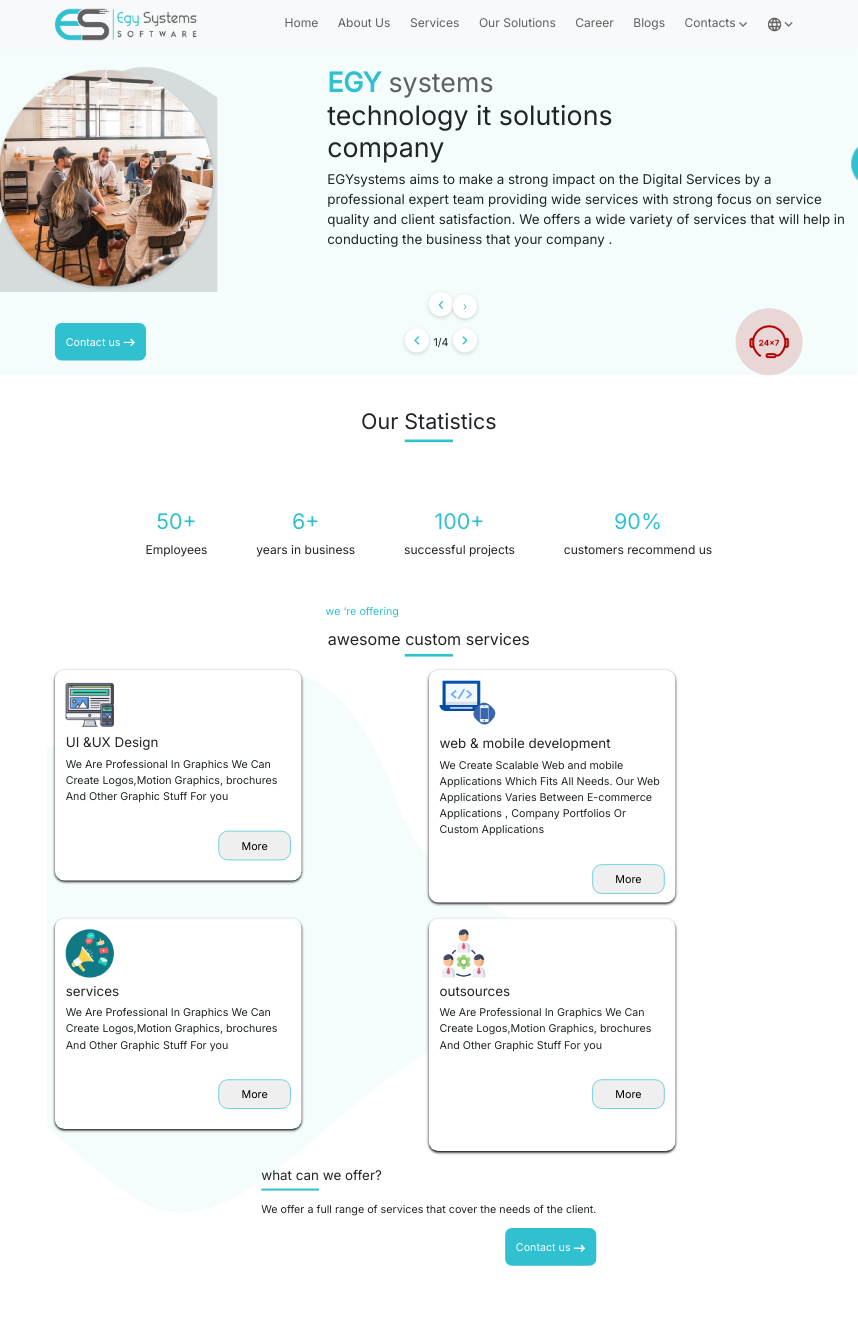
Repository: hamdyAbdelazeim/Egysystem-Home
Page: index.html
These files come from the project's save history. The page is drawn as it stood at one moment and after a run of saves; the edit follows.
The browser window is 1280 px wide. The pictures show the whole page, at 67% of full size.

Above is the page before, as saved 2023-07-13 17:30:09.

### index.html
<!DOCTYPE html>
<html lang="en">
  <head>
    <meta charset="UTF-8" />
    <meta name="viewport" content="width=device-width, initial-scale=1.0" />
    <title>Egy Systems</title>
    <!-- google fonts  -->
    <link rel="preconnect" href="https://fonts.googleapis.com" />
    <link rel="preconnect" href="https://fonts.gstatic.com" crossorigin />
    <link
      href="https://fonts.googleapis.com/css2?family=Inter&display=swap"
      rel="stylesheet"
    />
    <!-- bootstrap -->
    <link rel="stylesheet" href="/css/bootstrap.min.css" />
    <!-- owl css files  -->
    <link rel="stylesheet" href="/css/owl.carousel.min.css" />
    <link rel="stylesheet" href="/css/owl.theme.default.min.css" />
    <!-- css file  -->
    <link rel="stylesheet" href="/css/style.css" />
    <!-- Responsive file  -->
    <link rel="stylesheet" href="/css/responsive.css" />
  </head>
  <body>
    <!-- starting  Navbar  -->
    <nav class="navbar-cust navbar navbar-expand-lg bg-light fixed-top">
      <div class="container">
        <a href="#" class="navbar-brand"
          ><img src="/assets/logo 1.png" class="logo-img" alt="logo "
        /></a>

        <button
          class="navbar-toggler"
          type="button"
          data-bs-toggle="collapse"
          data-bs-target="#navmenu"
          style="border: none; box-shadow: none"
        >
          <span class="navbar-toggler-icon"
            ><img
              width="45"
              style="padding: 0.5rem"
              src="https://upload.wikimedia.org/wikipedia/commons/thumb/b/b2/Hamburger_icon.svg/120px-Hamburger_icon.svg.png"
              alt=""
          /></span>
        </button>

        <div class="collapse navbar-collapse" id="navmenu">
          <ul class="navbar-nav cust-ul">
            <li class="nav-item">
              <a href="#Home" class="nav-link cust-link">Home</a>
            </li>
            <li class="nav-item">
              <a href="#About" class="nav-link cust-link">About Us</a>
            </li>
            <li class="nav-item">
              <a href="#Services" class="nav-link cust-link">Services</a>
            </li>
            <li class="nav-item">
              <a href="#Solutions" class="nav-link cust-link">Our Solutions </a>
            </li>
            <li class="nav-item">
              <a href="#Career" class="nav-link cust-link">Career</a>
            </li>
            <li class="nav-item">
              <a href="#Blogs" class="nav-link cust-link">Blogs</a>
            </li>
            <li class="nav-item">
              <a href="" class="nav-link cust-link"
                >Contacts <img src="/assets/Vector.png" alt="vector"
              /></a>
            </li>
            <li class="nav-item">
              <a href="" class="nav-link language-icon"
                ><img src="/assets/language.png" alt="language" />
                <img src="/assets/Vector.png" alt=""
              /></a>
            </li>
          </ul>
        </div>
      </div>
    </nav>
    <!-- Ending Navbar  -->
    <!-- Home section  -->
    <div class="Home" id="Home">
      <div class="owl-carousel">
        <div
          class="container Home-up d-flex justify-content-center align-items-center"
        >
          <div class="Home-left">
            <h1>
              <strong class="Egy">EGY</strong>
              <span class="system">systems</span> <br />technology it
              solutions<br />
              company
            </h1>
            <p>
              EGYsystems aims to make a strong impact on the Digital Services by
              a professional expert team providing wide services with strong
              focus on service quality and client satisfaction. We offers a wide
              variety of services that will help in conducting the business that
              your company .
            </p>
          </div>
          <div class="Home-img">
            <img src="/assets/Ellipse 34.png" alt="" />
          </div>
        </div>
        <div
          class="container Home-up d-flex justify-content-center align-items-center"
        >
          <div class="Home-left">
            <h1>
              <strong class="Egy">EGY</strong>
              <span class="system">systems</span> <br />technology it
              solutions<br />
              company
            </h1>
            <p>
              EGYsystems aims to make a strong impact on the Digital Services by
              a professional expert team providing wide services with strong
              focus on service quality and client satisfaction. We offers a wide
              variety of services that will help in conducting the business that
              your company .
            </p>
          </div>
          <div class="Home-img">
            <img src="/assets/logo 1.png" alt="" />
          </div>
        </div>
        <div
          class="container Home-up d-flex justify-content-center align-items-center"
        >
          <div class="Home-left">
            <h1>
              <strong class="Egy">EGY</strong>
              <span class="system">systems</span> <br />technology it
              solutions<br />
              company
            </h1>
            <p>
              EGYsystems aims to make a strong impact on the Digital Services by
              a professional expert team providing wide services with strong
              focus on service quality and client satisfaction. We offers a wide
              variety of services that will help in conducting the business that
              your company .
            </p>
          </div>
          <div class="Home-img">
            <img src="/assets/service-item-2.png" alt="" />
          </div>
        </div>
      </div>

      <div class="container d-flex justify-content-between align-items-center">
        <button class="contactUs-btn">
          Contact us <img src="/assets/Vector (right).png" alt="" />
        </button>
        <div>
          <div class="d-flex align-items-center">
            <div>
              <img src="/assets/slider-left.png" alt="" />
            </div>
            <span>1/4</span>
            <div>
              <img src="/assets/slider-right.png" alt="" />
            </div>
          </div>
        </div>
        <img src="/assets//chat.png" alt="chat" />
      </div>
    </div>
    <!-- Ending Home  section  -->
    <!-- our statistics Section  -->
    <section class="our-statistics container w-100">
      <div class="statistics-up text-center">
        <h2>Our Statistics</h2>
        <p></p>
      </div>
      <div
        class="statistics-down d-flex align-items-center justify-content-between"
      >
        <div class="text-center">
          <h4>50+</h4>
          <p>Employees</p>
        </div>
        <div class="text-center">
          <h4>6+</h4>
          <p>years in business</p>
        </div>
        <div class="text-center">
          <h4>100+</h4>
          <p>successful projects</p>
        </div>
        <div class="text-center">
          <h4>90%</h4>
          <p>customers recommend us</p>
        </div>
      </div>
    </section>
    <!-- Ending our statistics  -->
    <!--  services   -->

    <!--  Ending services   -->
    <section class="services" id="services">
      <div class="service-up container">
        <p class="p-up">we ‘re offering</p>
        <h4 class="text-center">awesome custom services</h4>
        <p class="border-cust"></p>
      </div>
      <div class="service-down container d-flex align-items-center">
        <div class="service-down-left">
          <div class="service-item">
            <img src="/assets/service-item-1.png" alt="service-item-1" />
            <h5 class="mt-2">UI &UX Design</h5>
            <p>
              We Are Professional In Graphics We Can Create Logos,Motion
              Graphics, brochures And Other Graphic Stuff For you
            </p>
            <button>More</button>
          </div>
          <div class="service-item service-item-cust">
            <img src="/assets/service-item-2.png" alt="service-item-1" />
            <h5 class="mt-2">web & mobile development</h5>
            <p>
              We Create Scalable Web and mobile Applications Which Fits All
              Needs. Our Web Applications Varies Between E-commerce Applications
              , Company Portfolios Or Custom Applications
            </p>
            <button>More</button>
          </div>
          <div class="service-item">
            <img src="/assets/service-item-3.png" alt="service-item-1" />
            <h5 class="mt-2">services</h5>
            <p>
              We Are Professional In Graphics We Can Create Logos,Motion
              Graphics, brochures And Other Graphic Stuff For you
            </p>
            <button>More</button>
          </div>
          <div class="service-item service-item-cust">
            <img src="/assets/service-item-4.png" alt="service-item-1" />
            <h5 class="mt-2">outsources</h5>
            <p>
              We Are Professional In Graphics We Can Create Logos,Motion
              Graphics, brochures And Other Graphic Stuff For you
            </p>
            <button>More</button>
          </div>
        </div>
        <div class="service-down-right">
          <h5>what can we offer?</h5>
          <p class="border-p"></p>
          <p>
            We offer a full range of services that cover the needs of the
            client.
          </p>
          <button class="contactUs-btn float-end">
            Contact us <img src="/assets/Vector (right).png" alt="" />
          </button>
        </div>
      </div>
    </section>

    <!-- jquery cdn  -->
    <script
      src="https://cdnjs.cloudflare.com/ajax/libs/jquery/3.7.0/jquery.min.js"
      integrity="sha512-3gJwYpMe3QewGELv8k/BX9vcqhryRdzRMxVfq6ngyWXwo03GFEzjsUm8Q7RZcHPHksttq7/GFoxjCVUjkjvPdw=="
      crossorigin="anonymous"
      referrerpolicy="no-referrer"
    ></script>
    <!-- owl js file  -->
    <script src="/js/owl.carousel.min.js"></script>
    <!-- bootstrap js file  -->
    <script src="/js/bootstrap.bundle.min.js"></script>
    <script src="/js/project.js"></script>
  </body>
</html>

### css/style.css
/* setting my css roots  */

body {
  font-family: 'Inter', sans-serif;
}

:root {
  --primary: #30c0d0;
  --secondary: #606060;
  --third-party: #131313;
}

/* navbar  */
.cust-ul {
  width: 100%;
  justify-content: space-around;
  margin-left: 100px;
}

.cust-link {
  font-size: 18px;
  font-weight: 500;
  line-height: 22px;
  letter-spacing: 0em;
  text-align: left;
  color: var(--secondary);
  padding-bottom: 0.5rem;
}
.cust-link :hover {
  color: var(--primary) !important;
}
.nav-link:focus,
.nav-link:hover {
  color: var(--primary) !important;
  border-bottom: 2px solid var(--primary) !important;
  font-size: 20px;
}

.cust-link:active {
  color: var(--primary) !important;
  color: var(--primary) !important;
  border-bottom: 2px solid var(--primary) !important;
  font-size: 20px;
}

.language-icon {
  border-bottom: none !important;
  font-size: 12px !important;
}
/* Ending Navbar  */

/* Home Section  */
.Home {
  padding-top: 100px;
  background-color: #f4fcfc;
  /* background-image: url('/assets/Ellipse\ 36.png');
  background-repeat: no-repeat; */
}
.Home-img {
  width: 100%;
  background-image: url('/assets/Ellipse\ 36.png');
  background-repeat: no-repeat;
}
.Egy {
  color: var(--primary);
}
.system {
  color: var(--secondary);
}
.Home-left p {
  font-size: 20px;
}
.contactUs-btn {
  background-color: var(--primary);
  color: white;
  border: none;
  padding: 16px;
  border-radius: 10px;
  -webkit-border-radius: 10px;
  -moz-border-radius: 10px;
  -ms-border-radius: 10px;
  -o-border-radius: 10px;
}

/* Ending Home Section  */

/* our statistics Section  */

.our-statistics {
  width: 100%;
}
.statistics-up,
.statistics-down {
  padding-top: 50px;
  padding-bottom: 50px;
  width: 846px;
  margin: auto;
}
.statistics-up p {
  width: 72px;
  margin: auto;
  border-bottom: 4px solid var(--primary);
}
.statistics-down h4 {
  color: var(--primary);
  font-size: 32px;
}
.statistics-down p {
  font-size: 18px;
}

/* services */
.services {
  width: 100%;
}
.services .service-up {
  width: 332px;
  margin: auto;
  padding-bottom: 20px;
}
.services .service-up .p-up {
  text-align: start;
  font-size: 16px;
  color: var(--primary);
}

.services.service-up h4 {
  color: var(--third-party);
  font-size: 32px;
}
.services .service-up .border-cust {
  width: 72px;
  margin: auto;
  border-bottom: 4px solid var(--primary);
}

.service-down {
  background-image: url('/assets/Ellipse\ 53.png');
  background-repeat: no-repeat;
  margin-bottom: 100px;
}
.service-down .service-down-left {
  width: 65%;
  display: grid;
  grid-template-columns: auto auto;
}
.service-down .service-down-left .service-item {
  width: 368px;
  height: 314px;
  background-color: #ffffff;
  box-shadow: 0px 2px 4px 0px #000000;
  border-radius: 14px;
  -webkit-border-radius: 14px;
  -moz-border-radius: 14px;
  -ms-border-radius: 14px;
  -o-border-radius: 14px;
  padding: 1rem;
  margin-bottom: 1.5rem;
}
.service-down .service-down-left .service-item:hover {
  background-color: var(--primary);
  transition-duration: 0.3s;
  transition-timing-function: ease-in-out;
}
.service-down .service-down-left .service-item button {
  width: 108px;
  height: 44px;
  border: 1px solid var(--primary);
  padding: 0px, 16px, 0px, 16px;
  gap: 8px;
  border-radius: 14px;
  -webkit-border-radius: 14px;
  -moz-border-radius: 14px;
  -ms-border-radius: 14px;
  -o-border-radius: 14px;
  float: right;
  margin-top: 1.5rem;
}
.service-down .service-down-left .service-item button:hover {
  background-color: var(--secondary);
  border: 1px solid var(--third-party);
  transition-duration: 0.3s;
  transition-timing-function: ease-in-out;
  color: var(--primary);
}

.service-item-cust {
  height: 347px !important;
  margin-bottom: 1.5rem !important;
}

.border-p {
  width: 86px;
  border-bottom: 3px solid var(--primary);
}
.owl-nav {
  position: absolute;
  left: 50%;
}
.owl-prev {
  width: 36px !important;
  height: 36px !important;
  background-color: #ffffff !important;
  color: var(--primary) !important;
  box-shadow: 0px 2px 7px 0px #0000002b !important;
  border-radius: 50%;
  -webkit-border-radius: 50%;
  -moz-border-radius: 50%;
  -ms-border-radius: 50%;
  -o-border-radius: 50%;
}
.owl-prev span {
  font-size: 25px;
}
.owl-next {
  width: 36px !important;
  height: 36px !important;
  background-color: #ffffff !important;
  color: var(--primary) !important;
  box-shadow: 0px 2px 7px 0px #0000002b !important;
  border-radius: 50%;
  -webkit-border-radius: 50%;
  -moz-border-radius: 50%;
  -ms-border-radius: 50%;
  -o-border-radius: 50%;
}

### css/responsive.css
@media only screen and (max-width: 1400px) {
  .service-down {
    flex-direction: column;
  }
  .service-down-left {
    width: 100% !important;
  }
}
@media only screen and (max-width: 1025px) {
  .cust-link {
    font-size: 15px !important;
  }
}
@media only screen and (max-width: 1000px) {
  /* navbar */
  .cust-ul {
    margin-left: 0;
  }
  .cust-link {
    font-size: 18px;
  }
  /* HOME section  */
  .Home-up {
    flex-wrap: wrap;
  }

  .Home-up img {
    width: 90%;
  }
  /* Our Statistics */
  .statistics-up,
  .statistics-down {
    width: 100%;
  }
  /* services */
  .service-down-left {
    grid-template-columns: auto !important;
  }
  .service-item {
    width: 100% !important;
  }
}

@media only screen and (max-width: 600px) {
  /* Our Statistics */
  .statistics-down {
    flex-direction: column;
  }
}

@media only screen and (max-width: 280px) {
  .logo-img {
    width: 160px;
  }
  .services .service-up {
    width: 270px;
  }
  .service-item p {
    font-size: 12px;
  }
}

### js/project.js
$(document).ready(function () {
  $('.owl-carousel').owlCarousel({
    items: 1,
    loop: true,
    autoplay: true,
    nav: true,
    // animateIn: 'flipInX',
  })
})

Loaded but not shown: css/bootstrap.min.css (library); css/owl.carousel.min.css (library); css/owl.theme.default.min.css (common file); js/owl.carousel.min.js (library); js/bootstrap.bundle.min.js (library)

After the next 2 saves:
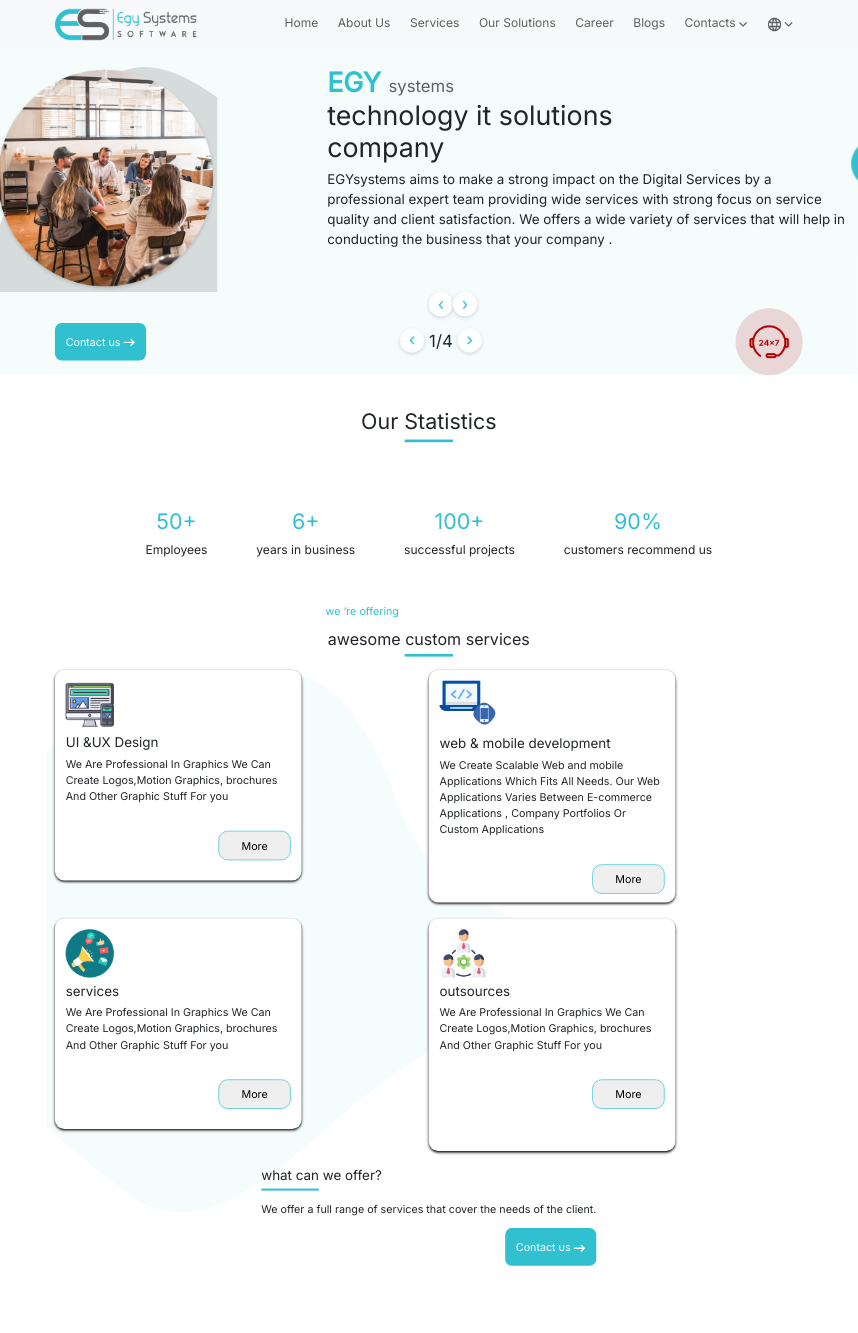
The 2 saves are shown as one change because they came seconds apart.
The last was saved 8 s later.
--- a/css/style.css
+++ b/css/style.css
@@ -209,7 +209,7 @@ body {
   -ms-border-radius: 50%;
   -o-border-radius: 50%;
 }
-.owl-prev span {
+.owl-prev, span {
   font-size: 25px;
 }
 .owl-next {
